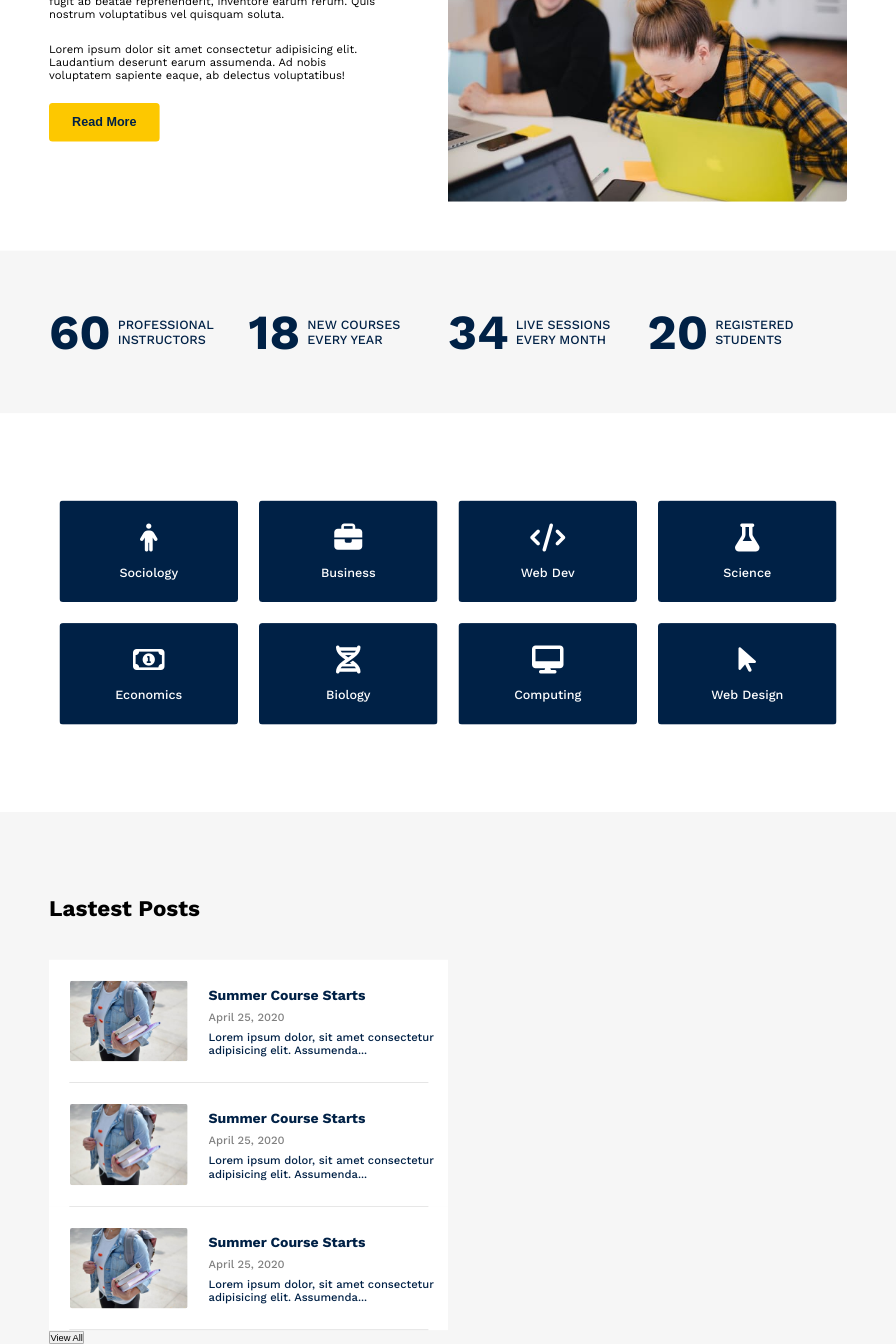
Repository: giahuy405/BC38__Mastery__Pham_Gia_Huy
Page: index.html
The author's editor kept a copy of each file at every save. The page is drawn from the files as they stood at one save, then again after the next save.
The browser window is 1280 px wide. The pictures show the part of the page from y = 873 to 2793 px (the page is 2793 px tall), at 70% of full size.
The pointer rests on the first visible `.lastest-post__items .lastest-post__item a`.

Above is the page before, as saved 2022-09-10 12:41:24.

### index.html
<!DOCTYPE html>
<html lang="en">
<head>
    <meta charset="UTF-8">
    <meta http-equiv="X-UA-Compatible" content="IE=edge">
    <meta name="viewport" content="width=device-width, initial-scale=1.0">
    <title>Document</title>
    <link href="https://fonts.googleapis.com/css2?family=Montserrat:wght@300;400;500;700;900&family=Work+Sans:wght@300;400;500;700&display=swap" rel="stylesheet">
    <link rel="stylesheet" href="https://cdnjs.cloudflare.com/ajax/libs/font-awesome/6.2.0/css/all.min.css">
    <link rel="stylesheet" href="./css/index.css">
</head>
<body>
    <header>
        <div class="container">
            <i class="fa-solid fa-pen-to-square"></i>
            <div class="header__title">
                <h1>Mastery</h1>
            </div>
        </div>
    </header>
    <nav>
        <div class="container">
            <ul>
                <li><div class="wrapper"><span class="square individual"><a class="ninth before after"  href="#">Home</a></span></div></li>
                <li><div class="wrapper"><span class="square individual"><a class="ninth before after"  href="#">About</a></span></div></li>
                <li><div class="wrapper"><span class="square individual"><a class="ninth before after"  href="#">Services</a></span></div></li>
                <li><div class="wrapper"><span class="square individual"><a class="ninth before after"  href="#">Contact</a></span></div></li>
            </ul>
        </div>
    </nav>
    <div class="carousel">
        <img src="./img/carousel__website.png" alt="">
    </div>
    <div class="welcome container">
        <div class="welcome__content">
            <h1>Welcome To Our Campus</h1>
            <p>Lorem ipsum dolor sit amet consectetur adipisicing elit. Quasi est saepe possimus quisquam dolor ducimus blanditiis, eius fugit ab beatae reprehenderit, inventore earum rerum. Quis nostrum voluptatibus vel quisquam soluta.</p>

            <p>Lorem ipsum dolor sit amet consectetur adipisicing elit. Laudantium deserunt earum assumenda. Ad nobis voluptatem sapiente eaque, ab delectus voluptatibus!</p>
            <button>Read More</button>
        </div>
        <div class="welcome__img">
            <img src="./img/g1.jpg" alt="">
        </div>
        <div class="clear"></div>
    </div>
    <div class="information">
       <div class="container">
            <div class="information__content">
                <div class="information__title">
                    <h1>60</h1>
                </div>
                <div class="information__desc">
                    <p>PROFESSIONAL</p>
                    <p>INSTRUCTORS</p>
                </div>
                <div class="clear"></div>
            </div>
            <div class="information__content">
                <div class="information__title">
                    <h1>18</h1>
                </div>
                <div class="information__desc">
                    <p>NEW COURSES</p>
                    <p>EVERY YEAR</p>
                </div>
                <div class="clear"></div>
            </div>
            <div class="information__content">
                <div class="information__title">
                    <h1>34</h1>
                </div>
                <div class="information__desc">
                    <p>LIVE SESSIONS</p>
                    <p>EVERY MONTH</p>
                </div>
                <div class="clear"></div>
            </div>
            <div class="information__content">
                <div class="information__title">
                    <h1>20</h1>
                </div>
                <div class="information__desc">
                    <p>REGISTERED</p>
                    <p>STUDENTS</p>
                </div>
                <div class="clear"></div>
            </div>
            <div class="clear"></div>
       </div>
    </div>
    <div class="cards">
        <div class="container">
            <div class="cards-top">
                <div class="card">
                    <a href="#">
                        <div class="card__item">
                            <i class="fa-solid fa-person"></i>
                            <p>Sociology</p>
                        </div>
                    </a>
                </div>
                <div class="card">
                    <a href="#">
                        <div class="card__item">
                            <i class="fa-solid fa-briefcase"></i>
                            <p>Business</p>
                        </div>
                    </a>
                </div>
                <div class="card">
                   <a href="#">
                        <div class="card__item">
                            <i class="fa-solid fa-code"></i>
                            <p>Web Dev</p>
                        </div>
                   </a>
                </div>
                <div class="card">
                   <a href="#">
                        <div class="card__item">
                            <i class="fa-solid fa-flask"></i>
                            <p>Science</p>
                        </div>
                   </a>
                </div>
                <div class="clear"></div>
            </div>
            <div class="card-bottom">
                <div class="card">
                    <a href="#">
                        <div class="card__item">
                            <i class="fa-regular fa-money-bill-1"></i>
                            <p>Economics</p>
                        </div>
                    </a>
                </div>
                <div class="card">
                   <a href="#">
                        <div class="card__item">
                            <i class="fa-solid fa-dna"></i>
                            <p>Biology</p>
                        </div>
                   </a>
                </div>
                <div class="card">
                    <a  href="#">
                        <div class="card__item">
                            <i class="fa-solid fa-desktop"></i>
                            <p>Computing</p>
                        </div>
                    </a>
                </div>
                <div class="card">
                    <a href="#">
                        <div class="card__item">
                            <i class="fa-solid fa-arrow-pointer"></i>
                            <p>Web Design</p>
                        </div>
                    </a>
                </div>
                <div class="clear"></div>
            </div>
        </div>
    </div>
    <div class="news">
        <div class="container">
            <div class="news__lastest-post">
                <h1>Lastest Posts</h1>
                <div class="lastest-post__items">
                    <div class="lastest-post__item">
                        <a href="#">
                            <img src="./img/g9.jpg" alt="">
                            <div class="lastest-post__desc">
                                <h2 >Summer Course Starts</h2>
                                <p class="lastest-post__time">April 25, 2020</p>
                                <p>Lorem ipsum dolor, sit amet consectetur adipisicing elit. Assumenda...</p>
                            </div>
                            <div class="clear"></div>
                        </a>
                        <hr noshade >
                    </div>

                    <div class="lastest-post__item">
                        <a href="#">
                            <img src="./img/g9.jpg" alt="">
                            <div class="lastest-post__desc">
                                <h2>Summer Course Starts</h2>
                                <p class="lastest-post__time">April 25, 2020</p>
                                <p>Lorem ipsum dolor, sit amet consectetur adipisicing elit. Assumenda...</p>
                            </div>
                            <div class="clear"></div>
                        </a>
                        <hr noshade >
                    </div>

                    <div class="lastest-post__item">
                        <a href="#">
                            <img src="./img/g9.jpg" alt="">
                            <div class="lastest-post__desc">
                                <h2>Summer Course Starts</h2>
                                <p class="lastest-post__time">April 25, 2020</p>
                                <p>Lorem ipsum dolor, sit amet consectetur adipisicing elit. Assumenda...</p>
                            </div>
                            <div class="clear"></div>
                        </a>
                        <hr noshade >
                    </div>

                </div>
                <button>View All</button>
            </div>
            <div class="news__upcoming__events">

            </div>
            <div class="clear"></div>
        </div>
    </div>

</body>
</html>

### css/index.css
*{
    padding: 0;
    margin: 0;
    box-sizing: border-box;
}
.clear{
    clear: both;
}
html{
    font-size: 16px;
    font-family: 'Work Sans', sans-serif;
}
.container{
    width: 1140px;
    margin: 0 auto;
}
header{
    position: relative;
    margin-top: 15px;
}
.header__title{
    display: inline-block;
     position: absolute;
     top: -4px;
    left: 160px;
}
.header__title h1{
    font-size: 35px;
    color: #1b1d2d;
}
header i{
    background-color: #002146;
    height: 36px;
    width: 36px;
    border-radius: 50%;
    color: #fdc800;
    text-align: center;
    padding-top: 9px;

}
nav ul{
    list-style: none;
    margin-top: 15px;
    margin-left: 18px;

}
nav li{
    display: inline;
    margin-right: 30px;
}

 /*  Hover for Navigation bar */
.wrapper{
    margin:2em 0;
    display: inline;
    font-size: 7px;
}
 a, a:visited, a:hover, a:active{
    -webkit-backface-visibility:hidden;
            backface-visibility:hidden;
      position:relative;
    transition:0.5s color ease;
      text-decoration:none;
      color:#002146;
      font-size:2px;
      font-weight: 500;
}
 a:hover{
    color:#fdc800;
}
 a.before:before, a.after:after{
content: "";
transition:0.5s all ease;
-webkit-backface-visibility:hidden;
        backface-visibility:hidden;
position:absolute;
}
 a.before:before{
top:-0.25em;
}
 a.after:after{
bottom:-0.25em;
}
 a.before:before, a.after:after{
height:5px;
height:0.2rem;
width:0;
background:#fdc800;
}
 a.first:after{
left:0;
}
 a.second:after{
right:0;
}
 a.third:after, a.sixth:before, a.sixth:after{
left:50%;
-webkit-transform:translateX(-50%);
        transform:translateX(-50%);
}
a.fourth:before, a.fourth:after{
left:0;
}
 a.fifth:before, a.fifth:after{
right:0;
}
 a.seventh:before{
right:0;
}
 a.seventh:after{
left:0;
}
 a.eigth:before{
left:0;
}
 a.eigth:after{
right:0;
}
a.before:hover:before, a.after:hover:after{
width:100%;
}
.square{
box-sizing:border-box;
margin-left:-0.4em;
position:relative;
font-size:2.5em;
overflow:hidden;
}
.square a{
position:static;
font-size:100%;
padding:0.2em 0.4em;
}
.square:before,.square:after{
content: "";
box-sizing:border-box;
transition:0.25s all ease;
-webkit-backface-visibility:hidden;
        backface-visibility:hidden;
position:absolute;
width: 5px;
width:0.2rem;
height:0;
background:#fdc800;
}
.square:before{
left:0;
bottom:-0.2em;
}
.square.individual:before{
transition-delay:0.6s;
}
.square:after{
right:0;
top:-0.2em;
}
.square.individual:after{
transition-delay:0.2s;
}
.square a:before{
left:0;
transition:0.25s all ease;
}
.square a:after{
right:0;
transition:0.25s all ease;
}
.square.individual a:after{
transition:0.25s all ease 0.4s;
}
.square:hover:before,.square:hover:after{
height:calc(100% + 0.4em);
}
.square:hover  a:before,.square:hover a:after{
width:100%;
}


/* CAROUSEL / SLIDER */
.carousel{
    width: 100%;
    margin-top: 20px;
}
.carousel img{
max-width: 100%;
height: 597px;
}


/* create WELCOME */
.welcome{
    margin-top: 62px;
    margin-bottom: 66px;
}
.welcome__content h1{
    margin-bottom: 20px;
    color: #1b1d2d;
}
.welcome__content{
    padding-right: 80px;
}
.welcome__content p{
    margin-bottom: 30px;
}
.welcome__content button{
    padding: 17px 33px;
    font-size: 18px;
    font-weight:700;
    color: #002146;
    background-color: #fdc800;
    border: none;
    border-radius: 5px;
    cursor: pointer;
    transition: all 0.2s;
}
.welcome__content button:hover{
    background-color: #002146;
    color: #fdc800;
    box-shadow: 5px 5px 10px black;
}
.welcome__content,.welcome__img{
    width: 50%;
    float: left;
}
.welcome__img img{
    width: 100%;
    border-top-right-radius: 5px;
    border-bottom-right-radius: 5px;
}


/* create INFORMATION  */
.information{
    background-color: #f6f6f6;
    padding: 75px 0;
    margin-bottom: 110px;
}
.information__content{
    float: left;
    width: 25%;
}
.information__content h1{
    display: inline-block;
    font-size: 70px;
    color: #002146;

}
.information__title,.information__desc{
    float: left;
}
.information__desc p:first-child{
    margin-top:20px;
}
.information__desc p{
    margin-left: 10px;
    font-size: 18px;
    color: #002146;
    font-weight: 500;
}


/* create CARDS */
.cards{
    margin-bottom: 110px;
}
.card{
    float: left;
    width: 25%;
    text-align: center;
    padding: 15px;
}
.card__item{
    background-color: #002146;
    padding: 32px 50px;
    border-radius: 5px;
}
.card__item i{
    color: white;
    font-size: 40px;
}
.card__item p{
    color: white;
    font-size: 18px;
    margin-top: 20px;
}
.card a{
    cursor: pointer;
    transition: all 0.2s;
}
.card a:hover{
    opacity: 0.7;
}
.card:hover{
    box-shadow: 1px 1px 10px  black;
    border-radius: 5px;
}


/* NEWS */
.news{
    padding-top: 118px;
    background-color: #f6f6f6;
}
.news h1:first-child{
    margin-bottom: 55px;
}
.news__lastest-post,.news__upcoming__events{
    float: left;
    width: 50%;
}
.lastest-post__item{
    background-color: white;
}
.lastest-post__item img{
    width: 158px;
    border: 30px solid transparent;
    border-radius: 33px;
}
.lastest-post__item a img{
    float: left;
    width: 40%;
}
.lastest-post__desc{
    float: left;
    width: 60%;
    padding-top: 38px;
}
.lastest-post__item hr{
    width:90%;
    margin: 0 auto;
    background-color: rgb(218, 218, 218);
    height: 1px;
    border: none;
}
.lastest-post__item a{
    font-size: 20px;
    color: #002146;
}

.lastest-post__item a .lastest-post__desc  h2{
    font-size: 20px;
}
.lastest-post__item a .lastest-post__desc p{
    font-size: 16px;
}
 .lastest-post__time{
    font-size: 16px;
    color: gray;
    margin: 10px 0;
}
.lastest-post__items .lastest-post__item a:hover{
    box-shadow: 10px 10px 10px black;
}

After the next save:
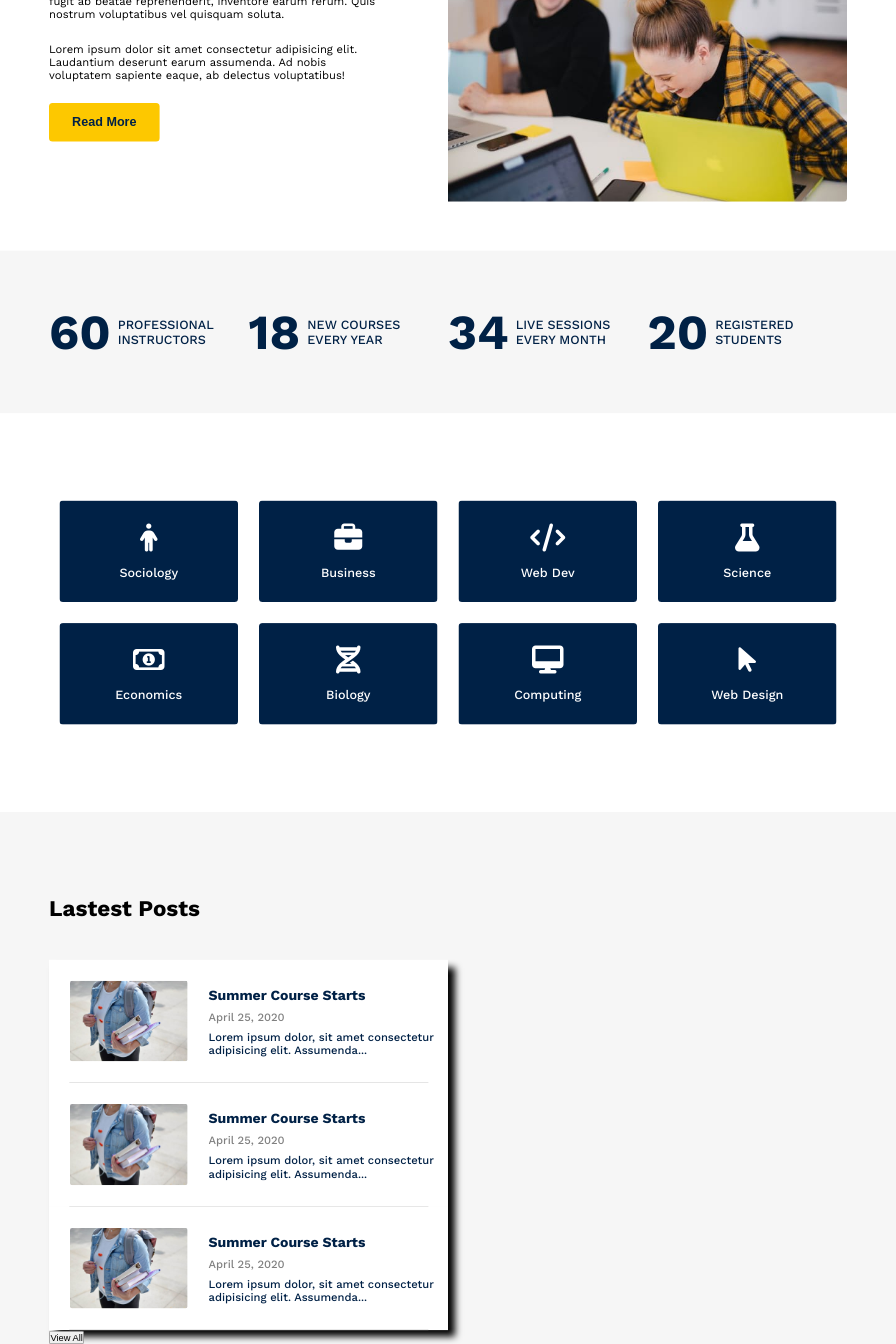
Saved 20 s later.
--- a/css/index.css
+++ b/css/index.css
@@ -348,6 +348,6 @@ height: 597px;
     color: gray;
     margin: 10px 0;
 }
-.lastest-post__items .lastest-post__item a:hover{
+.lastest-post__items:hover{
     box-shadow: 10px 10px 10px black;
 }
